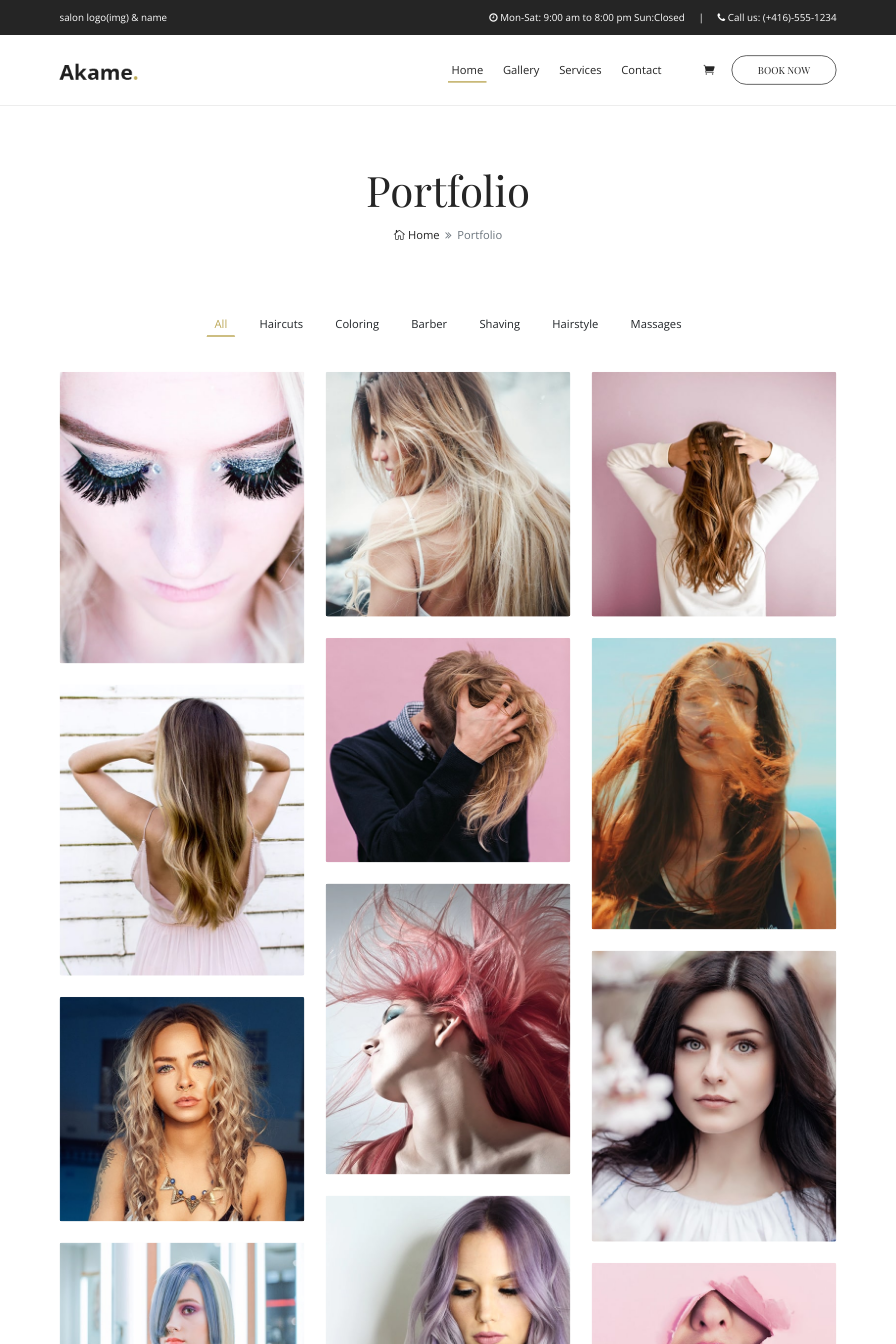
Repository: hanihassan1/Bay-wash-studio
Page: http://localhost/portfolio
The author's editor kept a record of every edit. The page is drawn from the files as they stood at one moment, then again after the next edit.
The browser window is 1280 px wide. The pictures show the part of the page from y = 0 to 1920 px (the page is 2568 px tall before and 2481 px after), at 70% of full size.
The page is served by the project's application, run on Flask 3 (run.py).

Above is the page before.
Console error: TypeError: Cannot read properties of null (reading 'jQuery22409362962306477132')

After the next edit:
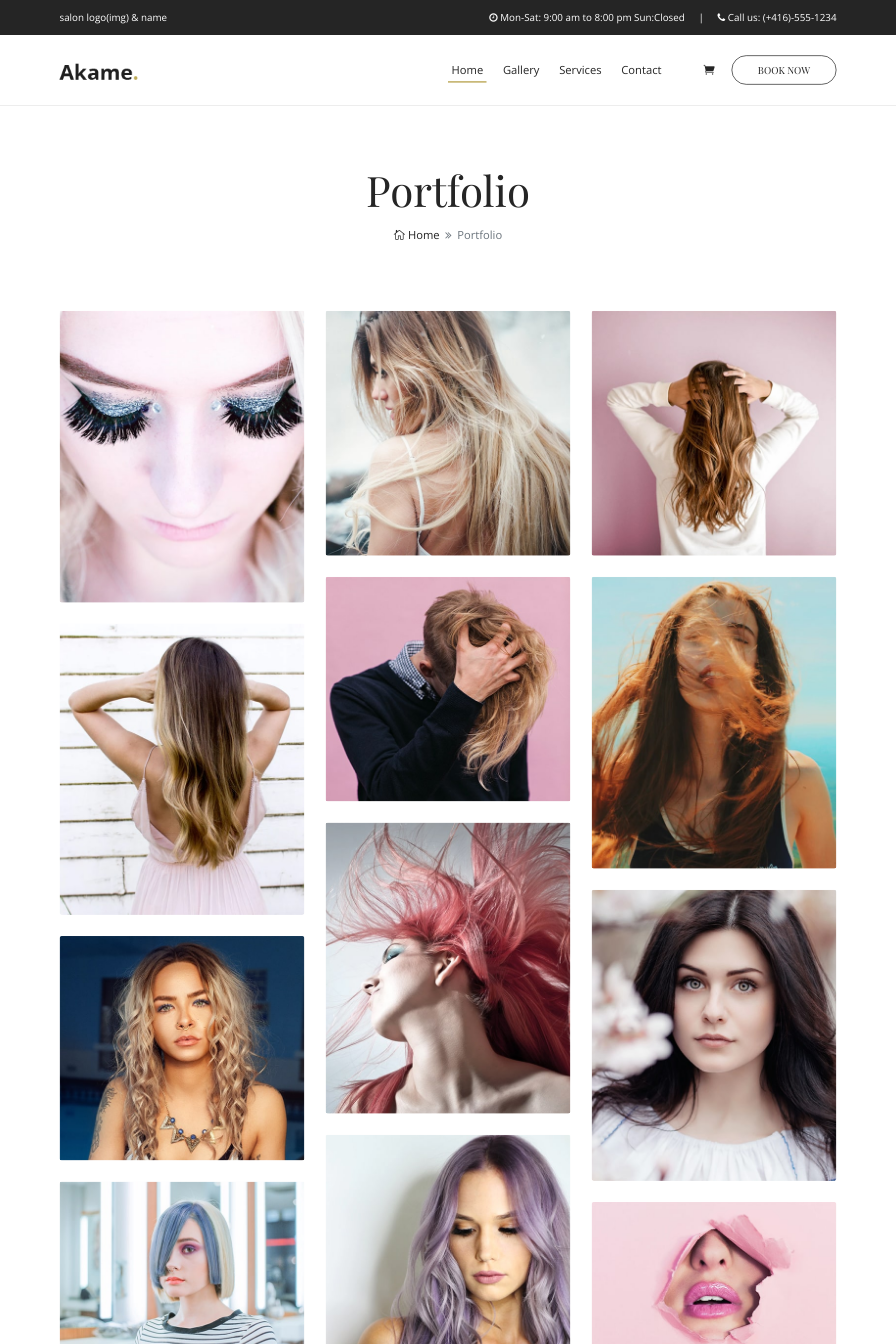
The edit:
--- a/templates/portfolio.html
+++ b/templates/portfolio.html
@@ -46,17 +46,7 @@
     <section class="akame-portfolio section-padding-0-80 clearfix">
         <div class="container">
             <div class="row">
-                <div class="col-12">
-                    <div class="portfolio-menu text-center mb-50">
-                        <button class="btn active" data-filter="*">All</button>
-                        <button class="btn" data-filter=".haircuts">Haircuts</button>
-                        <button class="btn" data-filter=".coloring">Coloring</button>
-                        <button class="btn" data-filter=".barber">Barber</button>
-                        <button class="btn" data-filter=".shaving">Shaving</button>
-                        <button class="btn" data-filter=".hairstyle">Hairstyle</button>
-                        <button class="btn" data-filter=".massage">Massages</button>
-                    </div>
-                </div>
+
             </div>
 
             <div class="row akame-portfolio-area">
